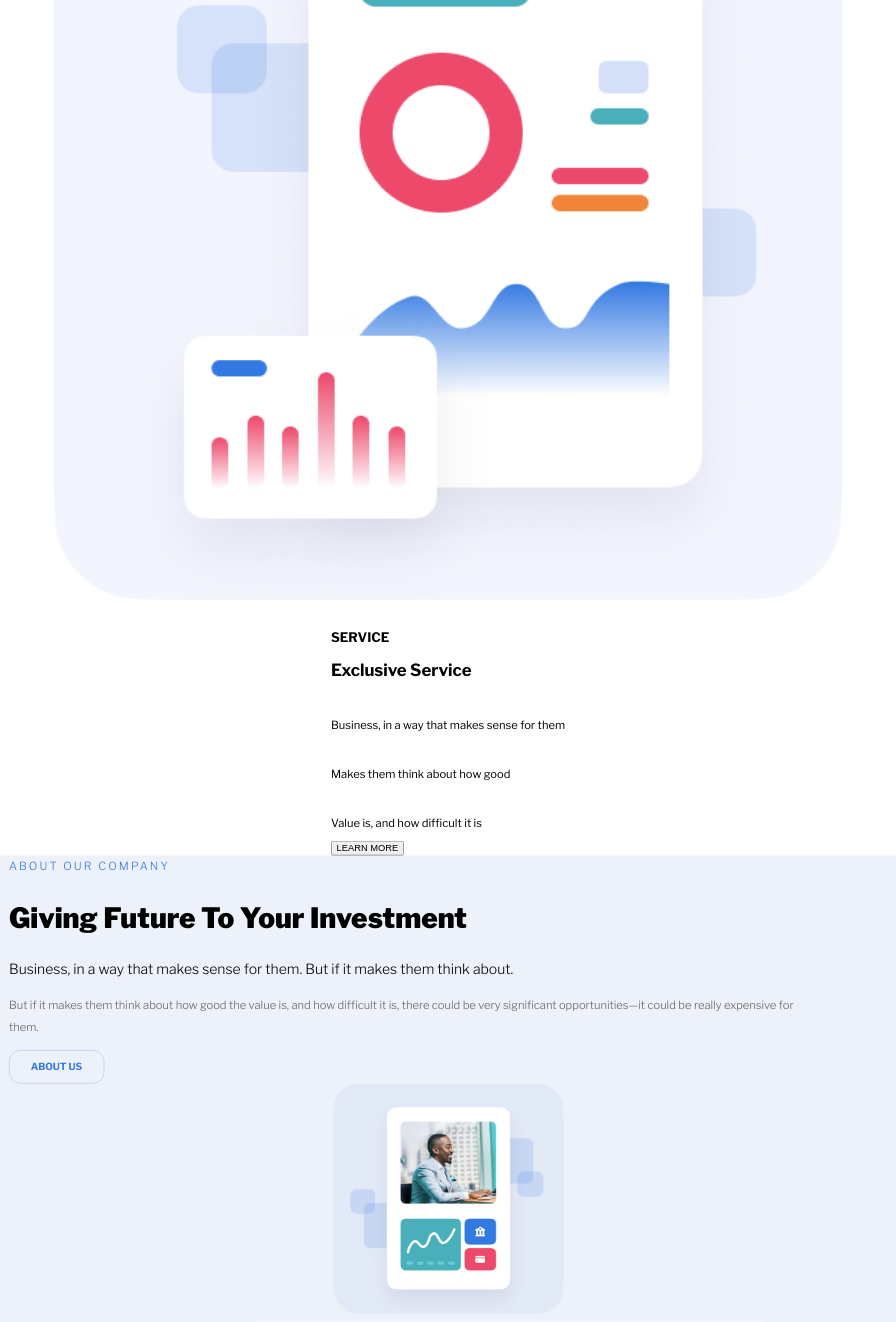
Repository: adryelfelipe/frontend-prova
Page: prova-figma/Prova/index.html
The author's editor kept a copy of each file at every save. The page is drawn from the files as they stood at one save, then again after the next save.
The browser window is 1280 px wide. The pictures show the part of the page from y = 1913 to 3833 px (the page is 3801 px tall before and 3833 px after), at 70% of full size.

Above is the page before, as saved 2026-06-22 19:12:00.

### prova-figma/Prova/index.html
<!DOCTYPE html>
<html lang="en">
<head>
    <meta charset="UTF-8">
    <meta name="viewport" content="width=device-width, initial-scale=1.0">
    <link rel="stylesheet" href="style/variaveis.css">
    <link rel="stylesheet" href="./style/style.css">
    <title>Document</title>
</head>
<body>
    <header>
        <h2>MNY</h2>

        <nav>
            <p>About</p>
            <p>Features</p>
            <p>Services</p>
            <p>Pricing</p>
            <p>Blog</p>
        </nav>

        <button>CONTACT</button>

        <img src="./assets/icon/hamburguer.svg" alt="">
    </header>
    <main>
        <section class="hero">
            <article class="hero-first-article">
                <h3 class="subtitle-base hero-subtitle">MAKE MONEY</h3>
                <h1 class="title-base hero-title">Grow Your Money Like Never Before</h1>
                <p class="paragraph hero-paragraph">Business, in a way that makes sense for them. But if it makes them think about how good the value.</p>
                <button class="hero-button">GET STARTED</button>
            </article>
            <article class="hero-second-article">
                <!-- <img class src="assets/img/homem-terno.png" alt=""> -->
            </article>
        </section>

        <section class="service">
            <div class="service-container">
                <article class="service-card">
                    <div class="bg-icon-fly">
                        <img src="./assets/icon/icon1-fly-section2.svg" class="icon-fly" alt="">
                    </div>

                    <h3 class="subtitle-tertiary">Strong Security</h3>
                    <p class="paragraph">Way that makes sense for them. But if it makes them think about how good the value is, and how difficult it is.</p>
                </article>

                <article class="service-card">
                    <div class="bg-icon-backpack">
                        <img src="./assets/icon/icon2-backpack-section2.png" class="icon-backpack" alt="">
                    </div>

                    <h3 class="subtitle-tertiary">Creative Solutions</h3>
                    <p class="paragraph">But if it makes them think about how good the value is, and how difficult it is, there could be very significant.</p>
                </article>

                <article class="service-card">
                    <div class="bg-icon-rocket">
                        <img src="./assets/icon/icon3-rocket-section2.png" class="icon-rocket" alt="">
                    </div>

                    <h3 class="subtitle-tertiary">Free Online</h3>
                    <p class="paragraph">Good the value is, and how difficult it is, there could be very significant opportunities.</p>
                </article>
            </div>

            <div class="service-container-line">

            </div>

            <img src="./assets/img/infos-section2.png" class="service-img" alt="">

            <article>
                <h3>SERVICE</h3>
                <h2>Exclusive Service</h2>

                <div>
                    <div>

                    </div>
                    <img src="./assets/icon/correct-icon-section2.png" class="icon-correct" alt="">
                    <p>Business, in a way that makes sense for them</p>
                </div>

                <div>
                    <img src="./assets/icon/correct-icon-section2.png" alt="">
                    <p>Makes them think about how good</p>
                </div>

                <div>
                    <img src="./assets/icon/correct-icon-section2.png" alt="">
                    <p>Value is, and how difficult it is</p>
                </div>

                <button>LEARN MORE</button>
            </article>
        </section>
        <section class="our-company">
            <article class="company-first-article">
                <h3 class="subtitle-base company-subtitle">ABOUT OUR COMPANY</h3>
                <h2 class="subtitle-secondary">Giving Future To Your Investment</h2>
                <p class="company-paragraph">Business, in a way that makes sense for them. But if it makes them think about.</p>
                <p class="paragraph company-paragraph-second">But if it makes them think about how good the value is, and how difficult it is, there could be very significant opportunities—it could be really expensive for them.</p>
                <button class="company-button">ABOUT US</button>
            </article>
            <article class="company-second-article">
                <img src="assets/img/our-company.png" alt="">
            </article>
        </section>
    </main>
</body>
</html>

### prova-figma/Prova/style/variaveis.css
@import url('https://fonts.googleapis.com/css2?family=Libre+Franklin:ital,wght@0,100..900;1,100..900&display=swap');

:root {
    --primary-color: #FFFFFF;
    --header-icon-border-color: rgba(255, 255, 255, 0.3);
    --bg-color: rgba(50, 121, 226, 1);

    --subtitle: rgba(170, 196, 234, 1);

    --normal-line: rgba(213, 214, 225, 1);

    /*Icons Session 2*/
    --bg-icon-fly: rgba(230, 247, 248, 1);
    --bg-icon-backpack: rgba(252, 237, 240, 1);
    --bg-icon-rocket: rgba(253, 243, 230, 1);
    --bg-icon-correct: rgba(50, 121, 226, 1);

    --icon-fly-color: rgba(73, 175, 186, 1);
    --icon-backpack-color: rgba(237, 73, 107, 1);
    --icon-rocket-color: rgba(241, 134, 59, 1);
    --icon-correct-color: rgba(255, 255, 255, 1)
}

.title-base{
    font-family: 'Libre Franklin';
    font-weight: 900;
    font-size: 3.5rem;
    line-height: 64px;
    letter-spacing: -1px;
}

.subtitle-base{
    margin: 0;
    font-family: 'Libre Franklin';
    font-weight: 300;
    font-size: 1rem;
    line-height: 32px;
    letter-spacing: 3px;
    text-transform: uppercase;
}

.subtitle-secondary{
    font-family: 'Libre Franklin';
    font-weight: 900;
    font-size: 2.5rem;
    line-height: 48px;
    letter-spacing: 0px;
}

.subtitle-tertiary{
    font-family: Libre Franklin;
    font-weight: 900;
    font-size: 24px;
    line-height: 32px;
    letter-spacing: 0px;
}

.paragraph{
    font-family: 'Libre Franklin';
    font-weight: 300;
    font-size: 1rem;
    line-height: 32px;
    letter-spacing: 0px;
}

### prova-figma/Prova/style/style.css
body{
    font-family:"Libre Franklin";
    margin: 0px;
}

/* HEADER */
header{
    display: flex;
    justify-content: space-around;
    align-items: center;
    background-color: var(--bg-color);
}

header nav{
    display: none;
}

header button{
    display: none;
}

header img {
    border: solid 1px var(--header-icon-border-color);
    border-radius: 16px;
}

header h2 {
    color: var(--primary-color);
}


/* SECTION HERO */
.hero{
    background: linear-gradient(135deg, #3279E2 0%, #CACAEB 100%);
    margin-bottom: 80px;
}

.hero-first-article{
    width: 98%;                     /*OBSERVAÇÃO IMPORTANTE EM QUESTÃO          DO POSICIONAMENTO E FIDELIDADE AO FIGMA*/
    justify-self: center;           /*O POSICIONAMENTO FOI ALTERADO POIS, EMBORA A TIPOGRAFIA TENHA SIDO COPIADA EXTRITAMENTE SEMLHANTE AO FIGMA OS TAMANHOS E POSICIONAMENTOS DA TELA NA RESOLUÇÃO MÍNIMA INDICADA NÃO DARIAM CERTO*/
}

.hero-subtitle{
    color: var(--subtitle);
}

.hero-title{
    color: var(--primary-color);
}

.hero-paragraph{
    color: rgba(255, 255, 255, 0.5);
}

.hero-button{
    background-color: rgba(17, 17, 17, 1);
    color: var(--primary-color);
    padding: 16px 30px;
    font-family: Libre Franklin;
    font-weight: 700;
    font-size: 14px;
    line-height: 100%;
    letter-spacing: 0px;
    text-align: center;
    text-transform: uppercase;
    border: none;
    border-radius: 16px;
}

/* .hero-second-article{
    width: 405px;
    height: 80%;
}

.image{
    object-fit: cover;

} */

/* SECTION SERVICE */
.service {
    display: flex;
    flex-direction: column;
    align-items: center;
}

.service-container {
    display: flex;
    flex-direction: column;
    gap: 64px;
}

.service-container-line {
    height: 1px;
    background-color: var(--normal-line);
    width: 85vw;
    justify-self: center;
    margin-top: 80px;
    margin-bottom: 95px;
}

.service-img {
    justify-self: center;
    width: 88vw;
    height: 88vw;
}

.service-card {
    display: flex;
    flex-direction: column;
}

.service-card p {
    width: 306px;
}

.bg-icon-fly {
    display: flex;
    justify-content: center;
    align-items: center;
    border-radius: 100px;
    width: 6rem;
    height: 6rem;
    background-color: var(--bg-icon-fly)
}

.icon-fly {
    height: 2rem;
    width: 3rem;
}

.bg-icon-backpack {
    display: flex;
    justify-content: center;
    align-items: center;
    border-radius: 100px;
    width: 6rem;
    height: 6rem;
    background-color: var(--bg-icon-backpack)
}

.icon-backpack {
    height: 2,5rem;
    width: 3rem;
}

.bg-icon-rocket {
    display: flex;
    justify-content: center;
    align-items: center;
    border-radius: 100px;
    width: 6rem;
    height: 6rem;
    background-color: var(--bg-icon-rocket)
}

.icon-rocket {
    height: 3rem;
    width: 3rem;
}

.bg-icon-correct {
    display: flex;
    justify-content: center;
    align-items: center;
    border-radius: 100px;
    width: 2rem;
    height: 2rem;
    background-color: var(--bg-icon-rocket)
}

.icon-correct {
    width: 1rem;
    height: 0,8rem;
}

/* SECTION OUR COMPANY */

.our-company{
    background-color: rgba(236, 241, 250, 1);
}

.company-subtitle{
    color: rgba(50, 121, 226, 1);
}

.company-paragraph{
    font-family: Libre Franklin;
    font-weight: 300;
    font-size: 20px;
    line-height: 32px;
    letter-spacing: 0px;
    width: 90%;
}

.company-button{
    background-color: transparent;
    color: rgba(50, 121, 226, 1);
    padding: 16px 30px;
    font-family: Libre Franklin;
    font-weight: 700;
    font-size: 14px;
    line-height: 100%;
    letter-spacing: 0px;
    text-align: center;
    text-transform: uppercase;
    border: 1px solid rgba(50, 121, 226, 0.3);
    border-radius: 16px;
}

.company-paragraph-second{
    color: rgba(51, 51, 51, 0.75);
    width: 90%;
}

.company-first-article{
    width: 98%;
    justify-self: center;
}

.company-second-article{
    justify-self: center;
}

After the next save:
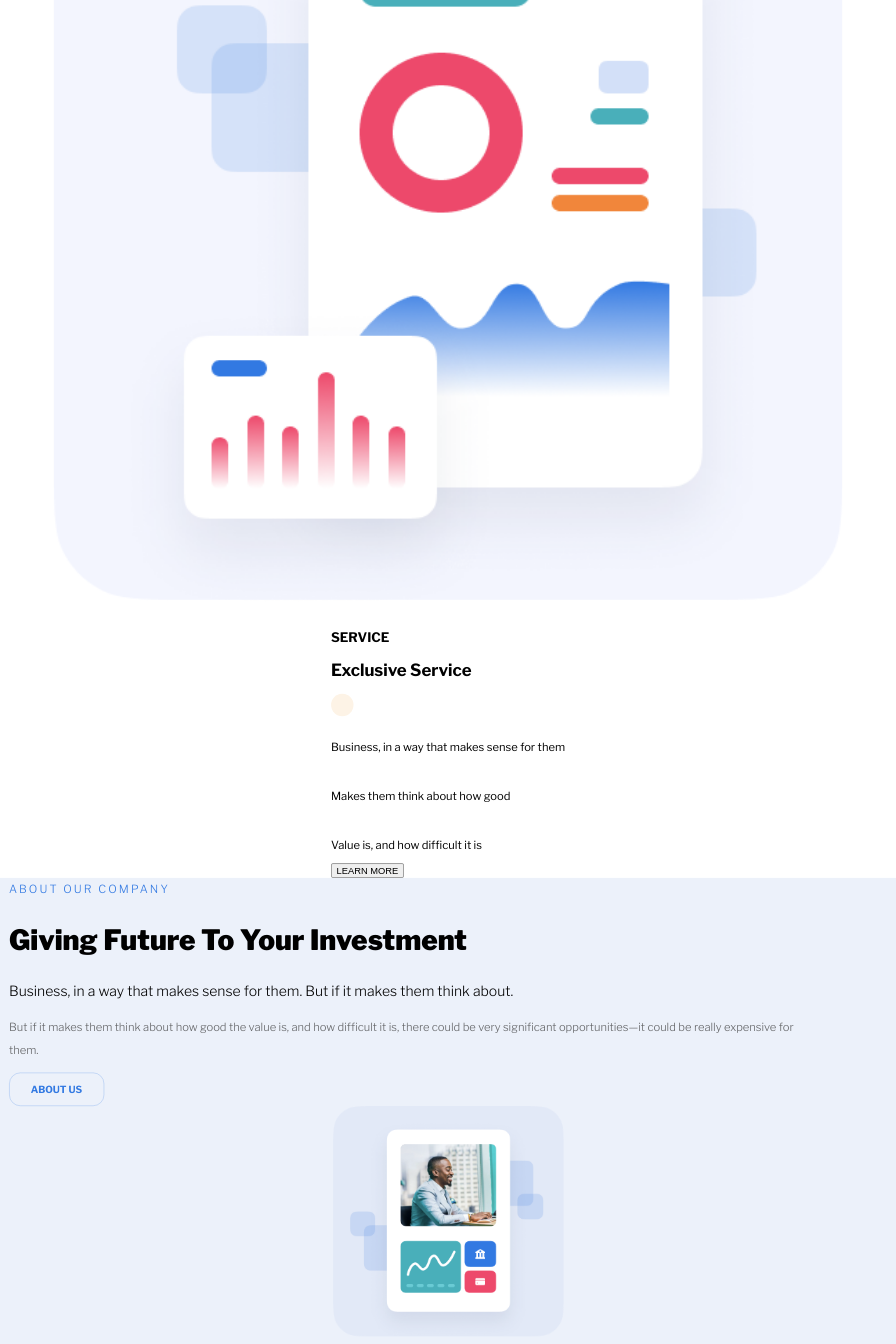
Saved 4 s later.
--- a/prova-figma/Prova/index.html
+++ b/prova-figma/Prova/index.html
@@ -77,7 +77,7 @@
                 <h2>Exclusive Service</h2>
 
                 <div>
-                    <div>
+                    <div class="bg-icon-correct">
 
                     </div>
                     <img src="./assets/icon/correct-icon-section2.png" class="icon-correct" alt="">
